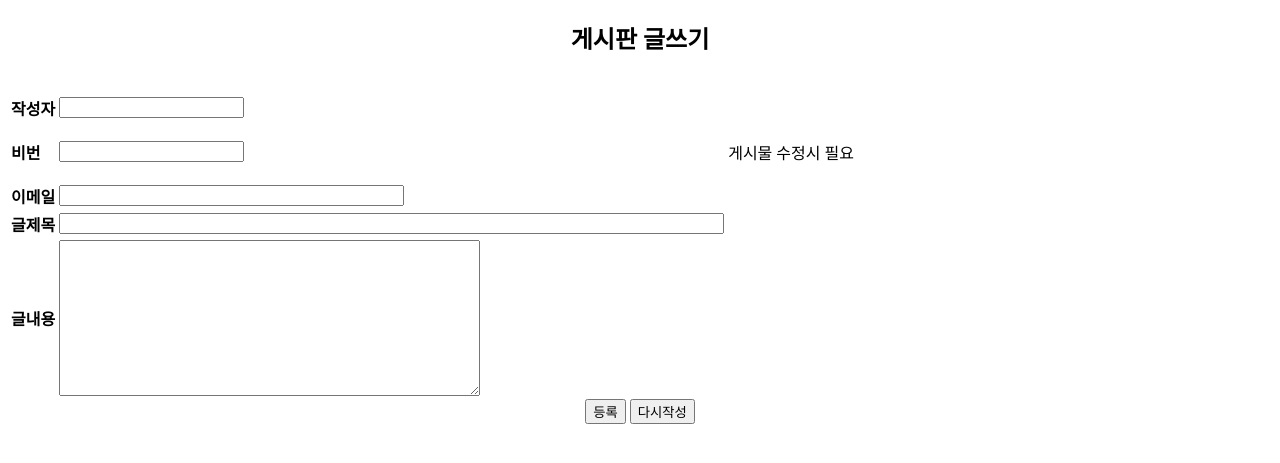
Repository: supremehappy/JSP_test02
Page: http://localhost/test/JSP_Test_06_1_boardWriteForm.jsp
These files come from the project's save history. The page is drawn as it stood at one moment and after the next save; the edit follows.
The browser window is 1280 px wide. The pictures show the whole page.
The page is served by Tomcat 9.

Above is the page before, as saved 2017-07-17 07:21:17.

### test/WebContent/JSP_Test_06_1_boardWriteForm.jsp
<%@ page language="java" contentType="text/html; charset=UTF-8"
    pageEncoding="UTF-8"%>
<!DOCTYPE html PUBLIC "-//W3C//DTD HTML 4.01 Transitional//EN" "http://www.w3.org/TR/html4/loose.dtd">
<html>
<head>
<meta http-equiv="Content-Type" content="text/html; charset=UTF-8">
<title>Insert title here</title>
<style type="text/css">
	h2{
		text-align: center;
	}
	div{
		text-align: center;
	}
</style>
</head>
<body>
<form method="post" action="JSP_Test_06_1_boardWrite.jsp">
	<h2>게시판 글쓰기</h2>
	<br>
	<table>
		<tr>
			<td><label><b>작성자		</b></label></td>
			<td><input type="text" name="name" size="20"></td>
		</tr>
		<tr>
			<td><label><b>비번		</b></label></td>
			<td><input type="password" name="pw" size="20"></td>
			<td><p>게시물 수정시 필요</p></td>
		</tr>
		<tr>
			<td><label><b>이메일		</b></label></td>
			<td><input type="text" name="email" size="40"></td>
		</tr>
		<tr>
			<td><label><b>글제목		</b></label></td>
			<td><input type="text" name="title" size="80"></td>
		</tr>
		<tr>
			<td><label><b>글내용		</b></label></td>
			<td><textarea rows="10" cols="50" name="comment"  ></textarea></td>
		</tr>
	</table>
	<div>
		<input type="submit" value="등록">
		<input type="reset" value="다시작성">
	</div>
</form>
</body>
</html>

After the next save:
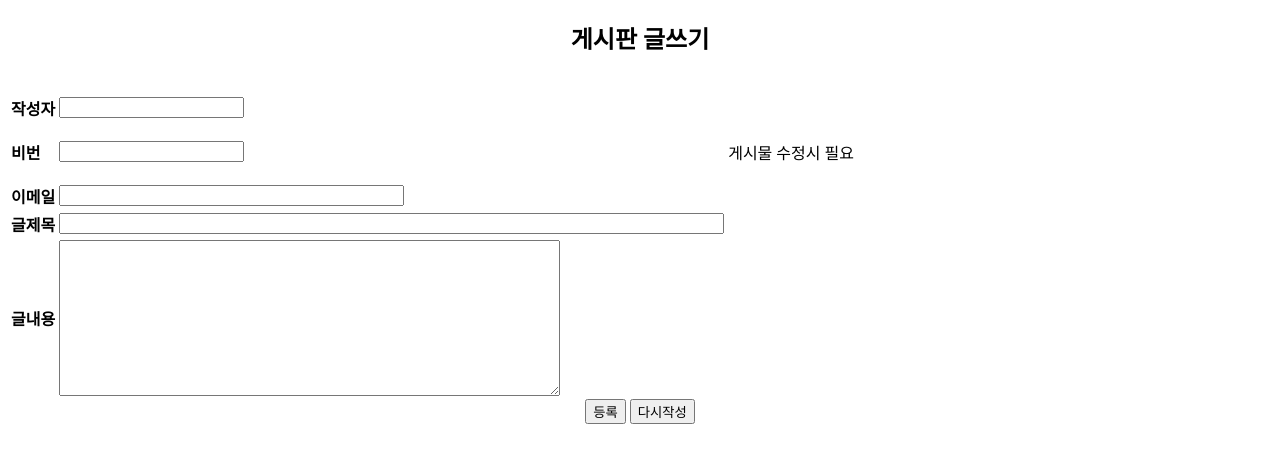
Saved 8 s later.
--- a/test/WebContent/JSP_Test_06_1_boardWriteForm.jsp
+++ b/test/WebContent/JSP_Test_06_1_boardWriteForm.jsp
@@ -38,7 +38,7 @@
 		</tr>
 		<tr>
 			<td><label><b>글내용		</b></label></td>
-			<td><textarea rows="10" cols="50" name="comment"  ></textarea></td>
+			<td><textarea rows="10" cols="60" name="comment"  ></textarea></td>
 		</tr>
 	</table>
 	<div>
